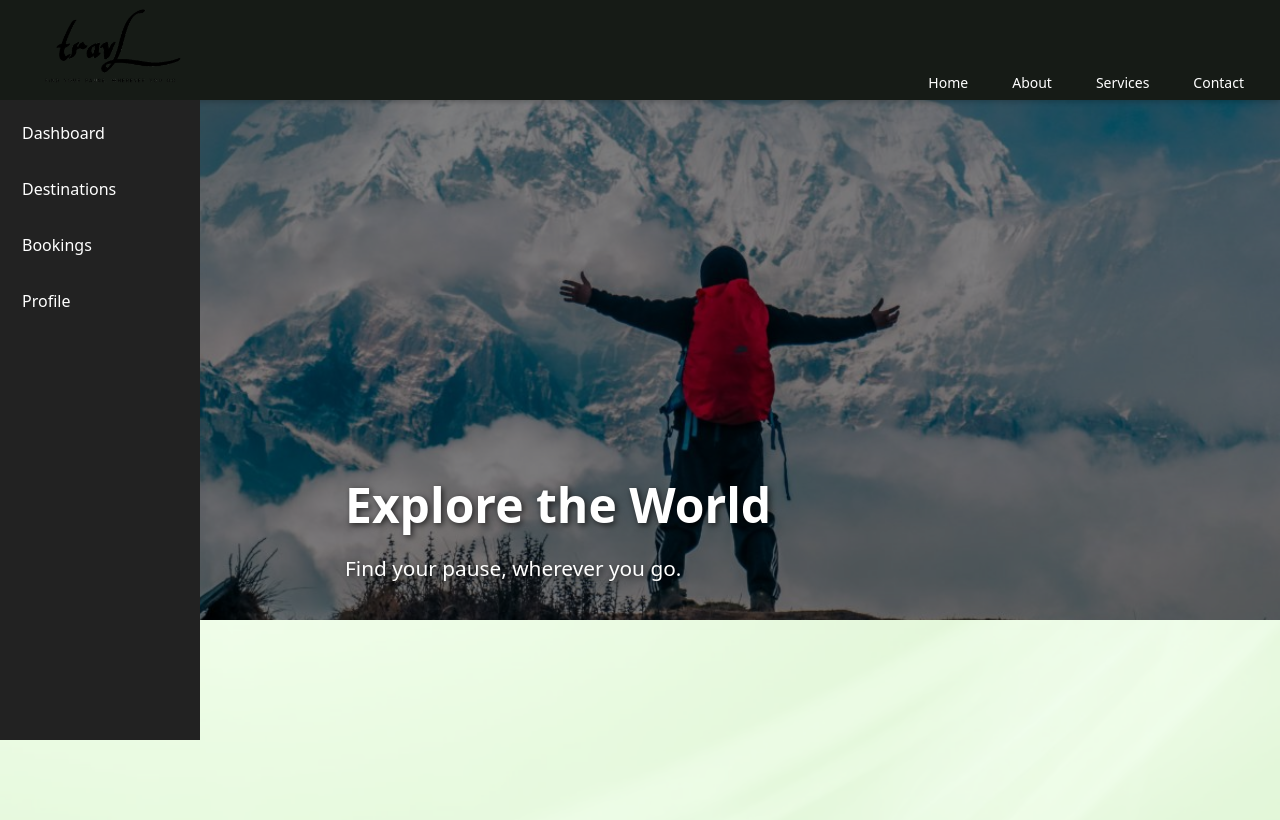
Repository: Nakib-Arman/Javafest25---travL
Page: / (app in Frontend/)
An editor plug-in stored every save of this project. The page is shown before and after a run of saves, followed by the edit.
The browser window is 1280 px wide. The pictures show the whole page.
Pictures or frames that could not be fetched are drawn as grey boxes. The project was rebuilt for these pictures with package versions that can differ from the ones it lists, and the page was loaded fresh each time. Also part of the build but not shown: Frontend/vite.config.js.

Above is the page before, as saved 2025-08-13 01:12:45.

After the next 3 saves:
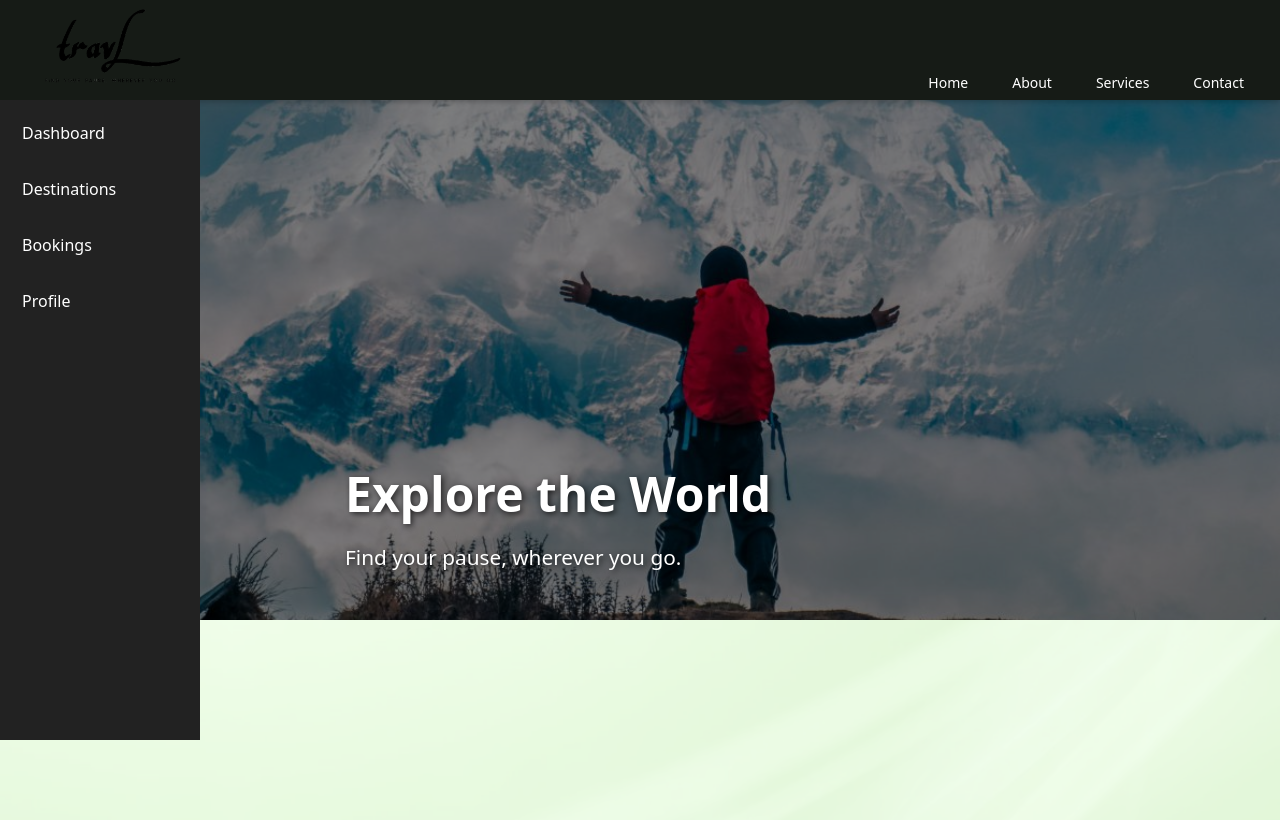
The 3 saves are shown as one change because they came seconds apart.
The last was saved 12 s later.
--- a/Frontend/src/CSS/Home.css
+++ b/Frontend/src/CSS/Home.css
@@ -61,7 +61,7 @@
 /* Text overlay on slideshow */
 .overlay-text {
     position: absolute;
-  bottom: 15px;
+  bottom: 5%;
   left: 15%;
   transform: none;
   text-align: left;
